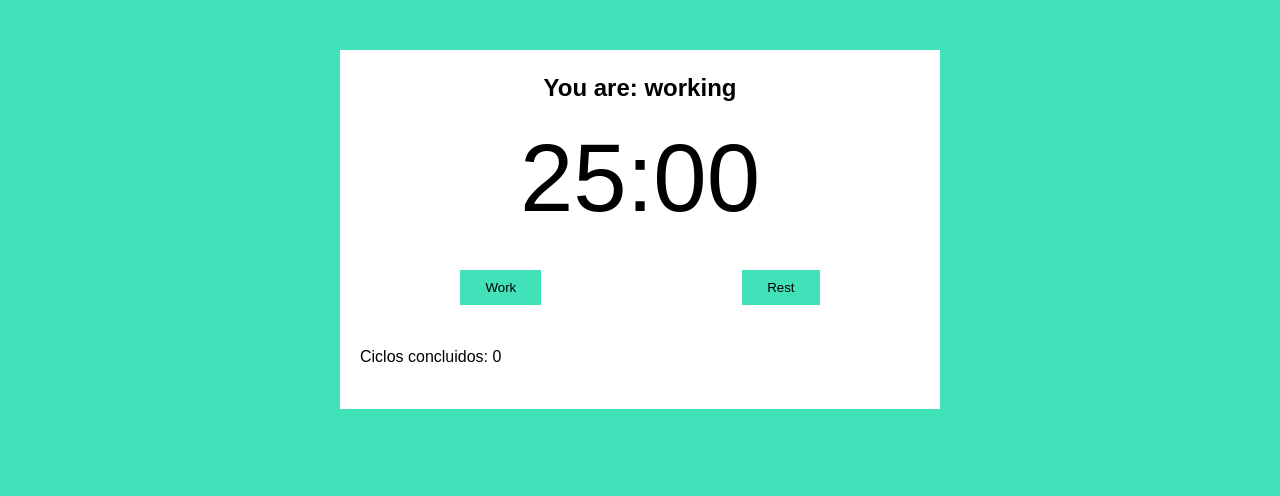
Repository: JuanPabloDS/Pomodoro
Page: / (app in pomodoro/)
An editor plug-in stored every save of this project. The page is shown before and after the next save, followed by the edit.
The browser window is 1280 px wide. The pictures show the whole page.
The project was rebuilt for these pictures with package versions that can differ from the ones it lists, and the page was loaded fresh each time. Also part of the build but not shown: pomodoro/src/App.css. Imported but missing from the stored project, and not drawn on this page: pomodoro/src/sounds/bell-finish.mp3, pomodoro/src/sounds/bell-start.mp3.

Above is the page before, as saved 2024-01-25 16:10:22.

### pomodoro/src/App.tsx
import React from 'react';
import './App.css';
import { PomodoroTimer } from './components/pomodoro-timer';

function App() {
  return (
    <div className="container">
      <PomodoroTimer
        PomodoroTime={1500}
        shortRestTime={300}
        longRestTime={900}
        cycles={4}
      />
    </div>
  );
}

export default App;

### pomodoro/src/components/pomodoro-timer.tsx
import React, { useEffect, useState } from 'react';
import { useInterval } from '../hooks/use-interval';
import { Button } from './button';
import { Timer } from './timer';
// eslint-disable-next-line @typescript-eslint/no-var-requires
const bellStart = require('../sounds/bell-start.mp3');
// eslint-disable-next-line @typescript-eslint/no-var-requires
const bellFinish = require('../sounds/bell-finish.mp3');

const audioStartWorking = new Audio(bellStart);
const audioStopWorking = new Audio(bellFinish);

interface Props {
  PomodoroTime: number;
  shortRestTime: number;
  longRestTime: number;
  cycles: number;
}

export function PomodoroTimer(props: Props): JSX.Element {
  const [mainTime, setMainTime] = useState(props.PomodoroTime);
  const [timeCounting, setTimeCounting] = useState(false);
  const [working, setWorking] = useState(false);
  const [resting, setResting] = useState(false);
  const [cyclesQtdManager, setCyclesQtdManager] = useState(
    new Array(props.cycles - 1).fill(true),
  );

  const [completedCycles, setCompletedCycles] = useState(0);
  const [fullWorkingTimedCycles, setfullWorkingTimedCycles] = useState(0);
  const [numberOfPomodorosCycles, setnumberOfPomodorosCycles] = useState(0);

  useEffect(() => {
    if (working) document.body.classList.add('working');
    if (resting) document.body.classList.remove('working');

    if (mainTime > 0) return;

    if (working && cyclesQtdManager.length > 0) {
      configureRest(false);
      cyclesQtdManager.pop();
    } else if (working && cyclesQtdManager.length <= 0) {
      configureRest(false);
      setCyclesQtdManager(new Array(props.cycles - 1).fill(true));
    }
  }, [working, resting]);

  useInterval(
    () => {
      setMainTime(mainTime - 1);
    },
    timeCounting ? 1000 : null,
  );

  const configureWork = () => {
    setTimeCounting(true);
    setWorking(true);
    setResting(false);
    setMainTime(props.PomodoroTime);
    audioStartWorking.play();
  };

  const configureRest = (Long: boolean) => {
    setTimeCounting(true);
    setWorking(false);
    setResting(true);

    if (Long) {
      setMainTime(props.longRestTime);
    } else {
      setMainTime(props.shortRestTime);
    }
    audioStopWorking.play();
  };

  return (
    <div className="pomodoro">
      <h2>You are: working</h2>
      <Timer mainTime={mainTime} />
      <div className="controls">
        <Button text="Work" onClick={() => configureWork()}></Button>
        <Button text="Rest" onClick={() => configureRest(false)}></Button>
        <Button
          className={!working && !resting ? 'hidden' : ''}
          text={timeCounting ? 'Pause' : 'Play'}
          onClick={() => setTimeCounting(!timeCounting)}
        ></Button>
      </div>

      <div className="details">
        <p>Ciclos concluidos: {completedCycles}</p>
      </div>
    </div>
  );
}

### pomodoro/src/hooks/use-interval.tsx
import { useEffect, useRef } from 'react';

export function useInterval<C extends CallableFunction>(
  callback: C,
  delay: number | null,
): void {
  const savedCallback = useRef<C>();

  // Remember the latest callback.
  useEffect(() => {
    savedCallback.current = callback;
  }, [callback]);

  // Set up the interval.
  useEffect(() => {
    function tick() {
      if (savedCallback.current) savedCallback.current();
    }
    if (delay !== null) {
      const id = setInterval(tick, delay);
      return () => clearInterval(id);
    }
  }, [delay]);
}

### pomodoro/src/components/button.tsx
import React from 'react';

interface Props {
  text: string;
  onClick?: () => void;
  className?: string;
}

export function Button(props: Props): JSX.Element {
  return (
    <button onClick={props.onClick} className={props.className}>
      {props.text}
    </button>
  );
}

### pomodoro/src/components/timer.tsx
import React from 'react';
import { secondsToTime } from '../utils/seconds-to-time';

interface Props {
  mainTime: number;
}

export function Timer(props: Props): JSX.Element {
  return <div className="timer">{secondsToTime(props.mainTime)}</div>;
}

### pomodoro/src/utils/seconds-to-time.ts
export function secondsToTime(seconds: number): string {
  const zeroLeft = (n: number) => Math.floor(n).toString().padStart(2, '0');
  const min = zeroLeft((seconds / 60) % 60);
  const sec = zeroLeft((seconds % 60) % 60);
  return `${min}:${sec}`;
}

Loaded but not shown: pomodoro/public/index.html (common file); pomodoro/src/index.tsx (common file); pomodoro/src/index.css (common file)

After the next save:
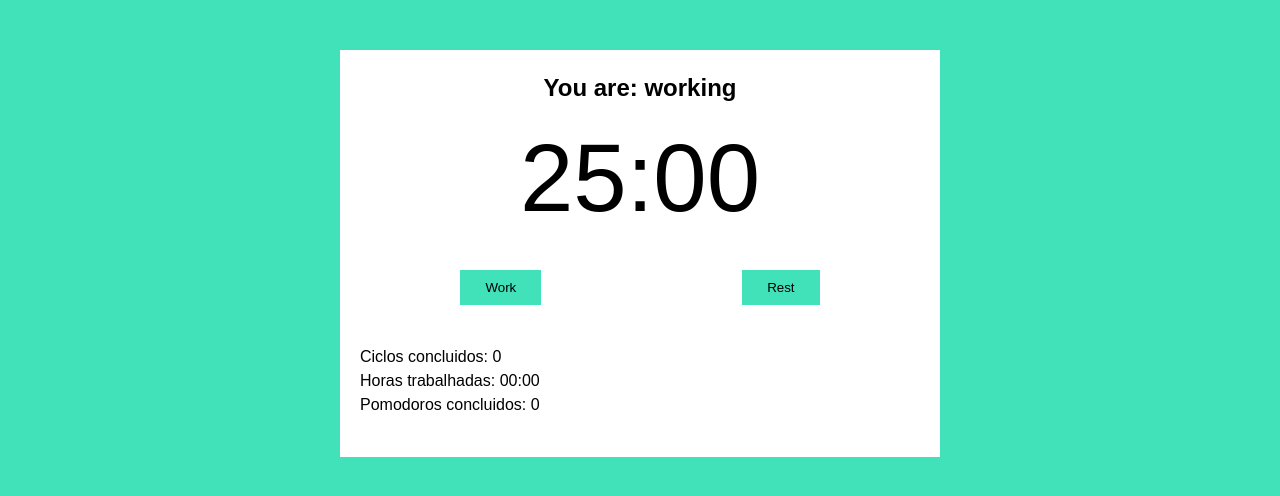
Saved 61 s later.
--- a/pomodoro/src/components/pomodoro-timer.tsx
+++ b/pomodoro/src/components/pomodoro-timer.tsx
@@ -2,6 +2,7 @@ import React, { useEffect, useState } from 'react';
 import { useInterval } from '../hooks/use-interval';
 import { Button } from './button';
 import { Timer } from './timer';
+import { secondsToTime } from '../utils/seconds-to-time';
 // eslint-disable-next-line @typescript-eslint/no-var-requires
 const bellStart = require('../sounds/bell-start.mp3');
 // eslint-disable-next-line @typescript-eslint/no-var-requires
@@ -89,6 +90,8 @@ export function PomodoroTimer(props: Props): JSX.Element {
 
       <div className="details">
         <p>Ciclos concluidos: {completedCycles}</p>
+        <p>Horas trabalhadas: {secondsToTime(fullWorkingTimedCycles)}</p>
+        <p>Pomodoros concluidos: {completedCycles}</p>
       </div>
     </div>
   );
